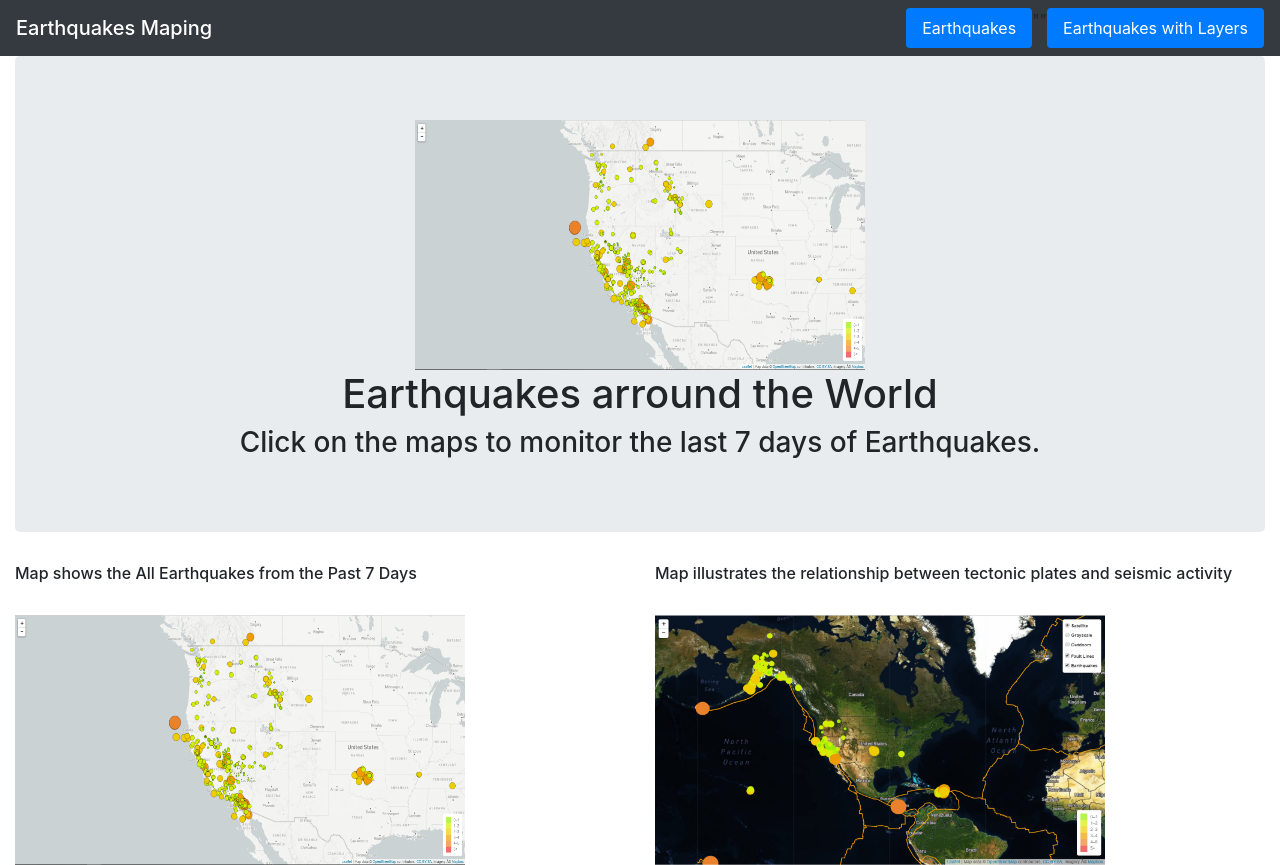
Repository: ermiasgelaye/leaflet-challenge
Page: index.html
These files come from the project's save history. The page is drawn as it stood at one moment and after the next save; the edit follows.
The browser window is 1280 px wide. The pictures show the whole page.

Above is the page before, as saved 2020-09-18 22:36:22.

### index.html
<!DOCTYPE html>
<html lang="en">

<head>
    <meta charset="UTF-8" />
    <meta name="viewport" content="width=device-width, initial-scale=1.0" />
    <meta http-equiv="X-UA-Compatible" content="ie=edge" />
    <title>Earthquakes Challenge</title>
    <link rel="stylesheet" href="https://stackpath.bootstrapcdn.com/bootstrap/4.3.1/css/bootstrap.min.css" integrity="sha384-ggOyR0iXCbMQv3Xipma34MD+dH/1fQ784/j6cY/iJTQUOhcWr7x9JvoRxT2MZw1T" crossorigin="anonymous" />

    <!-- jQuery library -->
    <script src="https://ajax.googleapis.com/ajax/libs/jquery/3.4.1/jquery.min.js"></script>
    <link rel="stylesheet" type="text/css" href="static/css/style.css" />
    <!-- Latest compiled JavaScript -->
    <script src="https://maxcdn.bootstrapcdn.com/bootstrap/4.3.1/js/bootstrap.min.js"></script>
</head>

<body>
    <nav class="navbar navbar-dark bg-dark size_hide">
        <a href="index.html"><span class="navbar-brand mb-0 h1 back_color"
          >Earthquakes Maping</span
        ></a
      >

      <ul class="nav nav-pills">
        <li class="nav-item">
          <a class="nav-link active" href="Leaflet-Step-1/step-1.html"
            >Earthquakes</a>
        </li>
        <a>""</a>
        <li class="nav-item">
          <a class="nav-link active" href="Leaflet-Step-2/step-2.html"
            >Earthquakes with Layers</a
          >
        </li>
      </ul>
    </nav>
    <div  class="container-fluid">
      <div class="jumbotron text-center">
        <img src="images/2-BasicMap.png"  width="450"height="250" /></a>
        <h1>Earthquakes arround the World</h1>
        <h3>
          Click on the maps to monitor the last 7 days of Earthquakes.
        </h3>
      </div>
      <div class="row">
        <div class="col-lg-6">
          <h6>Map shows the All Earthquakes from the Past 7 Days</h6>
          <br />
          <a href="Leaflet-Step-1/step-1.html"
            ><img
              src="images/2-BasicMap.png"
              alt="Mapping without Layers"
              width="450"
              height="250"
          /></a>
        </div>
        <div class="col-lg-6">
            <h6>
                Map illustrates the relationship between tectonic plates and seismic activity
            </h6>
            <br />
            <a href="Leaflet-Step-2/step-2.html">
                <img src="images/5-Advanced.png" alt="Mapping with Layers" width="450" height="250" /></a>
        </div>
        </div>
        </div>
</body>

</html>

Loaded but not shown: static/css/style.css (common file)

After the next save:
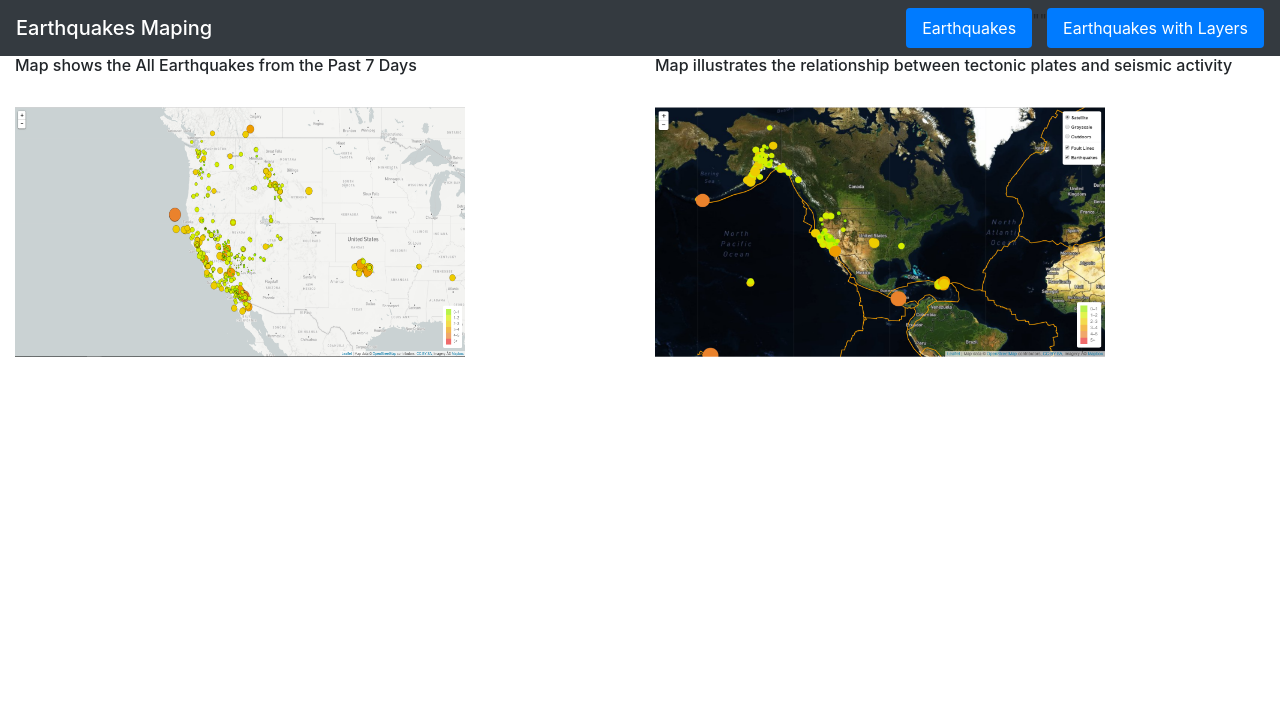
Saved 32 s later.
--- a/index.html
+++ b/index.html
@@ -36,13 +36,6 @@
       </ul>
     </nav>
     <div  class="container-fluid">
-      <div class="jumbotron text-center">
-        <img src="images/2-BasicMap.png"  width="450"height="250" /></a>
-        <h1>Earthquakes arround the World</h1>
-        <h3>
-          Click on the maps to monitor the last 7 days of Earthquakes.
-        </h3>
-      </div>
       <div class="row">
         <div class="col-lg-6">
           <h6>Map shows the All Earthquakes from the Past 7 Days</h6>
